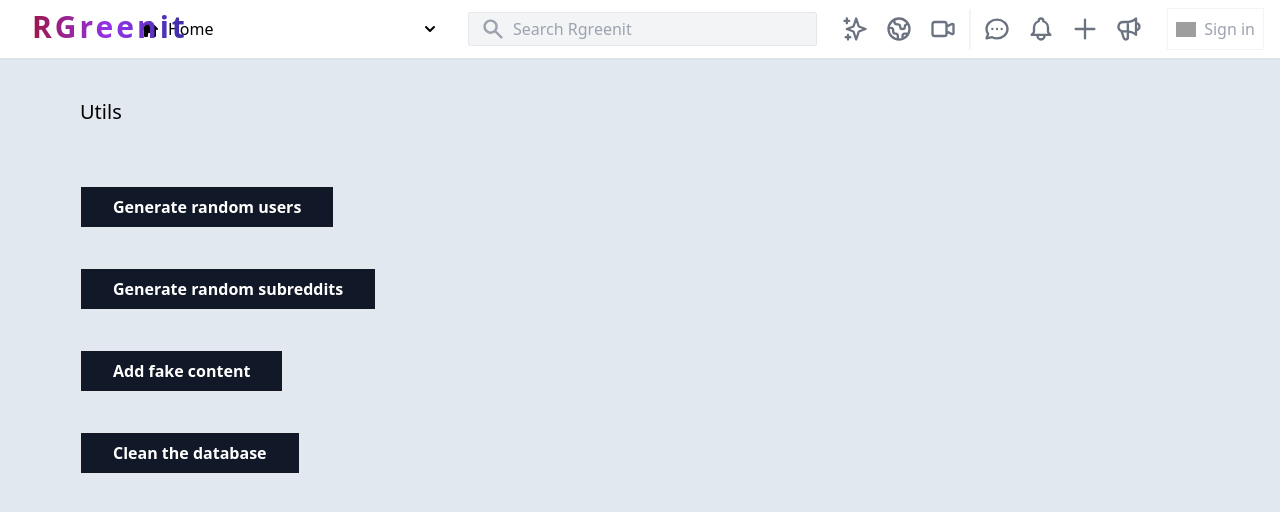
Repository: ITDevSolution/RGreen-it
Page: /utils
These files come from the project's save history. The page is drawn as it stood at one moment and after the next save; the edit follows.
The browser window is 1280 px wide. The pictures show the whole page.
Pictures or frames that could not be fetched are drawn as grey boxes. The page's requests for data from a server got no answer. The project was rebuilt for these pictures with package versions that can differ from the ones it lists, and the page was loaded fresh each time. The framework's server and built-in components were replaced by stand-ins that run in the browser. No one was signed in, and anything a server would have sent is missing. Also part of the build but not shown: next.config.js.

Above is the page before, as saved 2022-07-08 11:27:36.

After the next save:
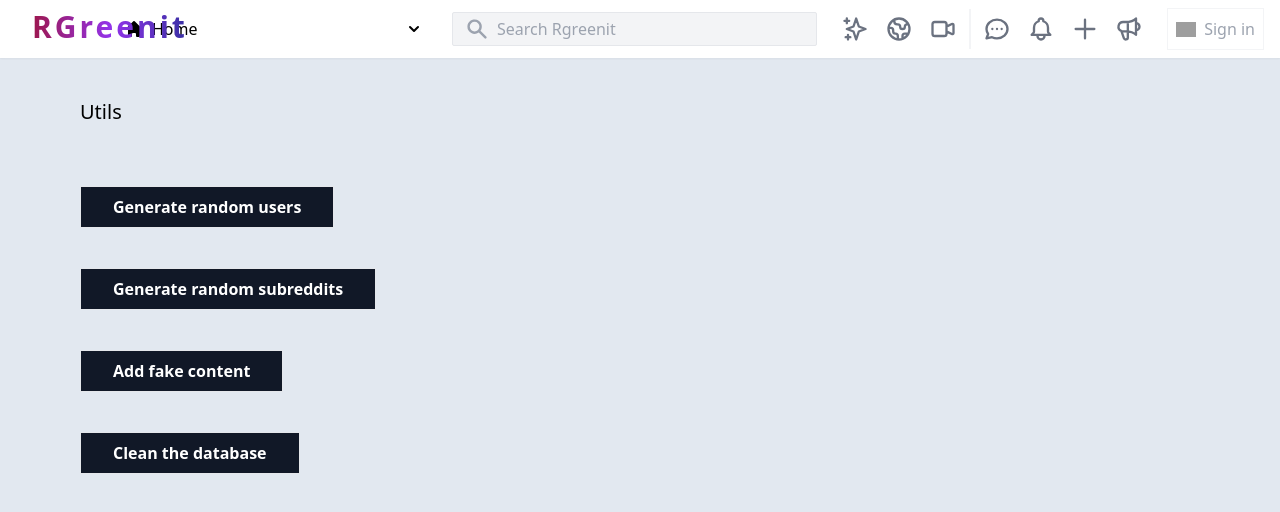
Saved 5 s later.
--- a/components/Header.js
+++ b/components/Header.js
@@ -24,7 +24,7 @@ function Header() {
   return (
     <div className="sticky top-0 z-50 flex bg-white px-4 py-2 shadow-sm items-center">
       {/* logo */}
-      <div className="relative h-10 w-20 flex-shrink-0 cursor-pointer ml-4">
+      <div className="relative h-10 w-20 flex-shrink-0 cursor-pointer pl-4">
         <Link href={`/`}>
           {/* <Image
             src={`https://res.cloudinary.com/joeloff-dev/image/upload/v1656506700/Reddit_logo_new.svg_mxmb5x.png`}
